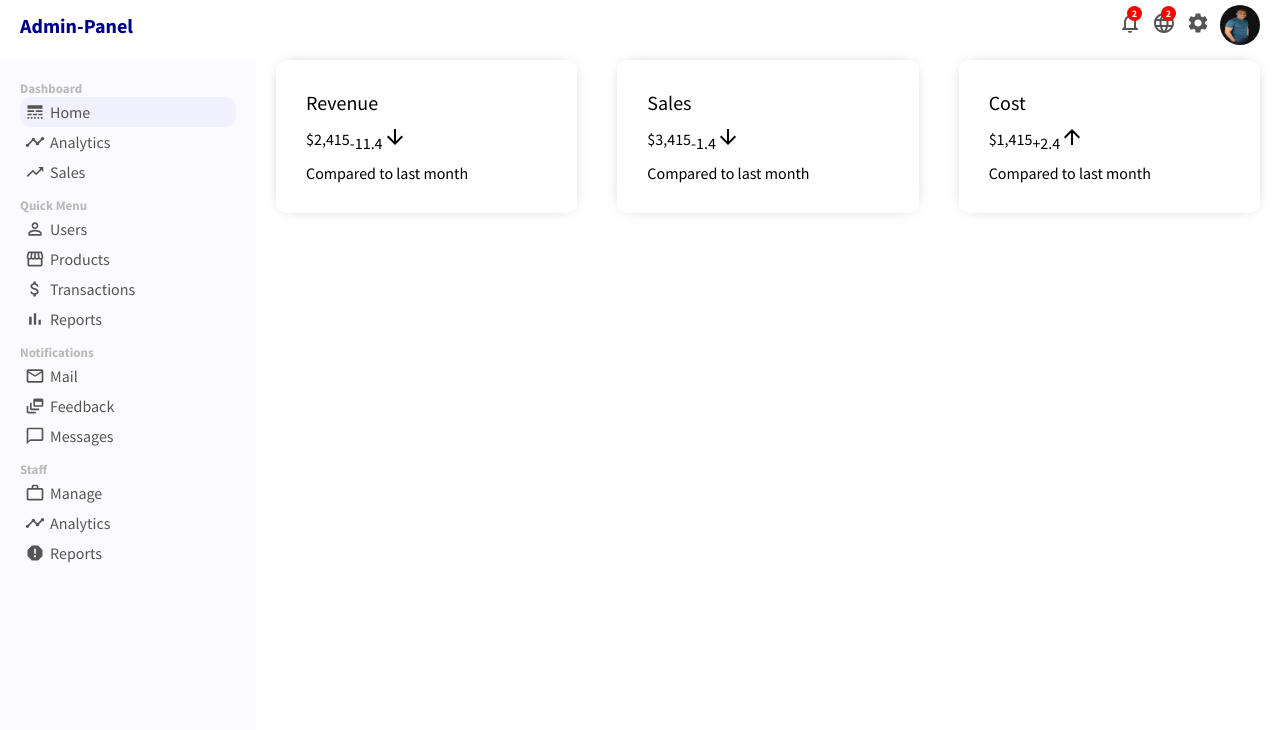
Repository: Samkiroko/admin-panel-ui
Page: /
The author's editor kept a copy of each file at every save. The page is drawn from the files as they stood at one save, then again after the next save.
The browser window is 1280 px wide. The pictures show the whole page.
The project was rebuilt for these pictures with package versions that can differ from the ones it lists, and the page was loaded fresh each time.

Above is the page before, as saved 2021-09-22 19:09:53.

After the next save:
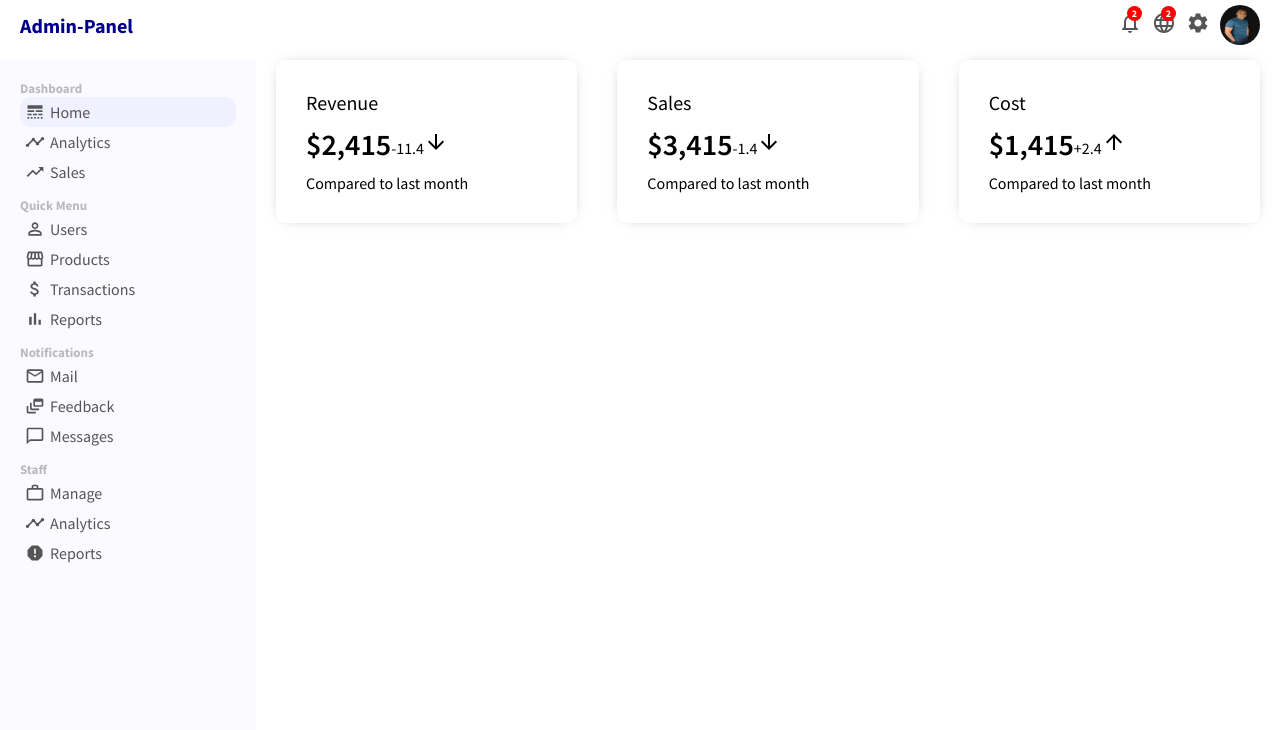
Saved 86 s later.
--- a/src/components/featuredInfo/featureInfo.css
+++ b/src/components/featuredInfo/featureInfo.css
@@ -23,3 +23,8 @@
     display: flex;
     align-items: center;
 }
+
+.featuredMoney {
+    font-size: 30px;
+    font-weight: 600;
+}
